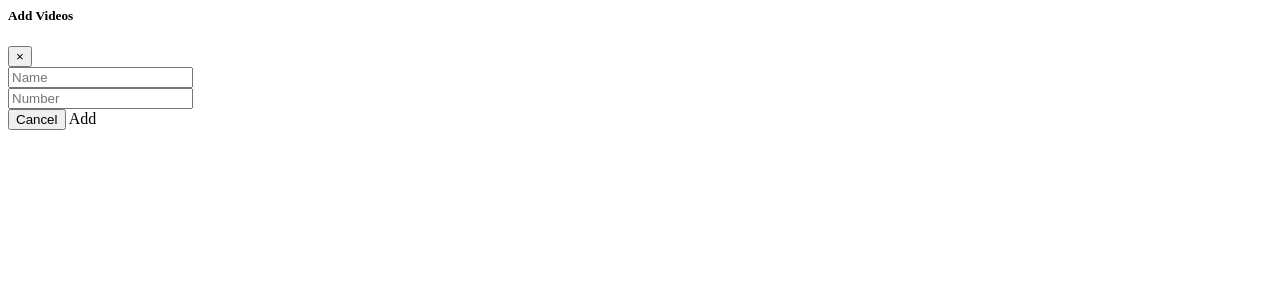
Repository: aache/alhayat
Page: http://localhost/admin/add_videos.php
An editor plug-in stored every save of this project. The page is shown before and after the next save, followed by the edit.
The browser window is 1280 px wide. The pictures show the whole page.
The page is run by PHP 8.4 with error messages shown; the project is at /var/www/html/.

Above is the page before, as saved 2019-04-24 23:05:57.

### admin/add_videos.php
<div class="modal fade" id="addContactModal" tabindex="-1" role="dialog" aria-labelledby="exampleModalLabel" aria-hidden="true">
    <div class="modal-dialog" role="document">
      <div class="modal-content">
        <div class="modal-header">
          <h5 class="modal-title" id="exampleModalLabel">Add Videos</h5>
          <button class="close" type="button" data-dismiss="modal" aria-label="Close">
            <span aria-hidden="true">×</span>
          </button>
        </div>
        <div class="modal-body">
            <div class="col-md-8 m-2">
                <input type="text" name="contact_name" id="contact_name" placeholder="Name" class="form-control"/>
            </div>
            <div class="col-md-8 m-2">
                <input type="text" name="contact_no"  id="contact_no" placeholder="Number"  class="form-control"/>
            </div>
        </div>
        <div class="modal-footer">
          <button class="btn btn-secondary" type="button" data-dismiss="modal">Cancel</button>
          <a class="btn btn-primary"  onclick="addContact()">Add</a>
        </div>
      </div>
    </div>
  </div>

After the next save:
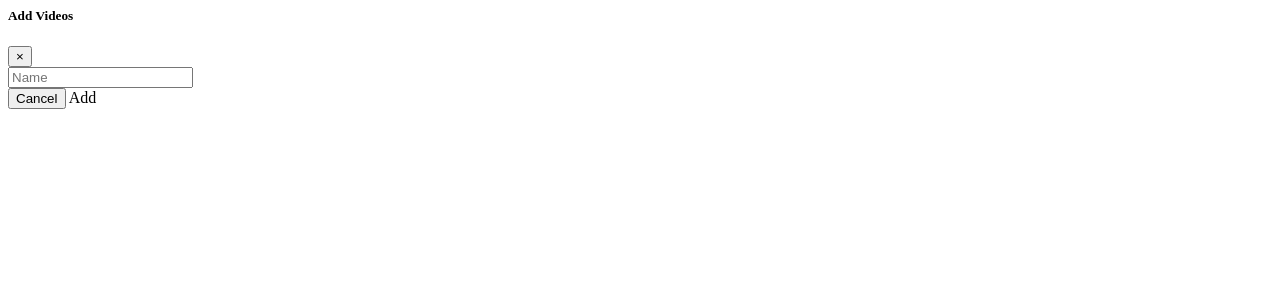
Saved 49 s later.
--- a/admin/add_videos.php
+++ b/admin/add_videos.php
@@ -11,9 +11,9 @@
             <div class="col-md-8 m-2">
                 <input type="text" name="contact_name" id="contact_name" placeholder="Name" class="form-control"/>
             </div>
-            <div class="col-md-8 m-2">
+            <!--div class="col-md-8 m-2">
                 <input type="text" name="contact_no"  id="contact_no" placeholder="Number"  class="form-control"/>
-            </div>
+            </div-->
         </div>
         <div class="modal-footer">
           <button class="btn btn-secondary" type="button" data-dismiss="modal">Cancel</button>
